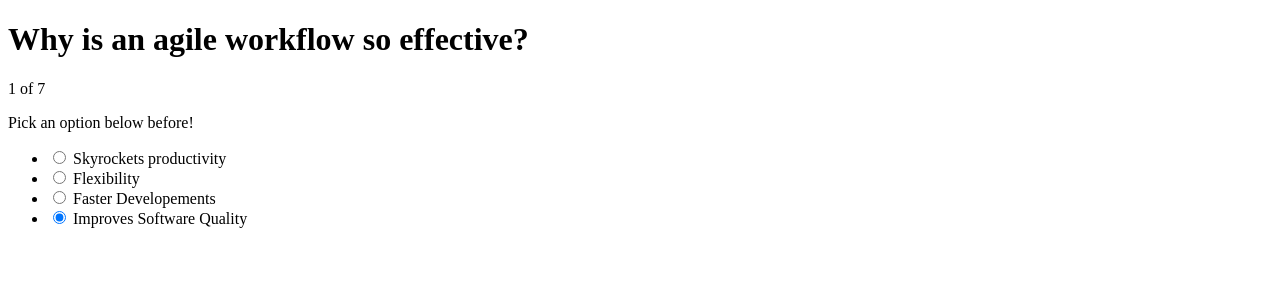
Repository: mukiSabljakovic/Quiz-APP
Page: index.html
The author's editor kept a copy of each file at every save. The page is drawn from the files as they stood at one save, then again after the next save.
The browser window is 1280 px wide. The pictures show the whole page.

Above is the page before, as saved 2020-05-01 11:20:49.

After the next save:
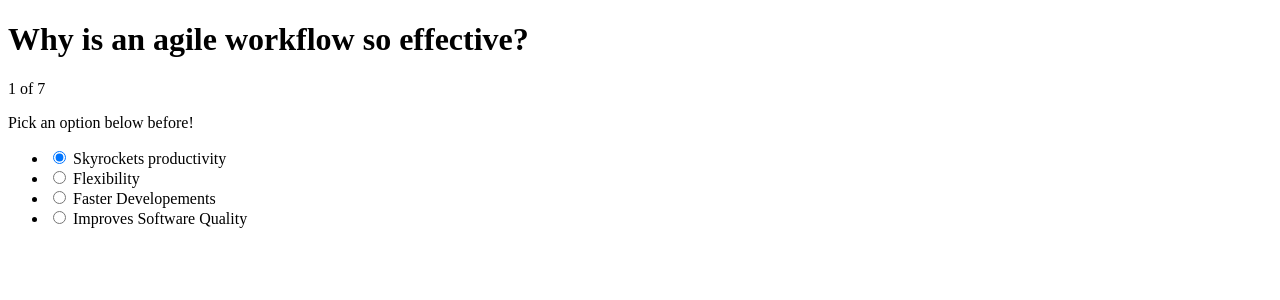
Saved 72 s later.
--- a/index.html
+++ b/index.html
@@ -31,21 +31,21 @@
                             </label>
                         </li>
                         <li class="jabquiz__choice">
-                            <input type="radio" name="choice" id="choice0" class="jabquiz__input" checked>
+                            <input type="radio" name="choice" id="choice0" class="jabquiz__input">
                             <label for="choice0" class="jabquiz__label">
                                 <i></i>
                                 Flexibility
                             </label>
                         </li>
                         <li class="jabquiz__choice">
-                            <input type="radio" name="choice" id="choice0" class="jabquiz__input" checked>
+                            <input type="radio" name="choice" id="choice0" class="jabquiz__input" >
                             <label for="choice0" class="jabquiz__label">
                                 <i></i>
                                 Faster Developements
                             </label>
                         </li>
                         <li class="jabquiz__choice">
-                            <input type="radio" name="choice" id="choice0" class="jabquiz__input" checked>
+                            <input type="radio" name="choice" id="choice0" class="jabquiz__input" >
                             <label for="choice0" class="jabquiz__label">
                                 <i></i>
                                 Improves Software Quality
